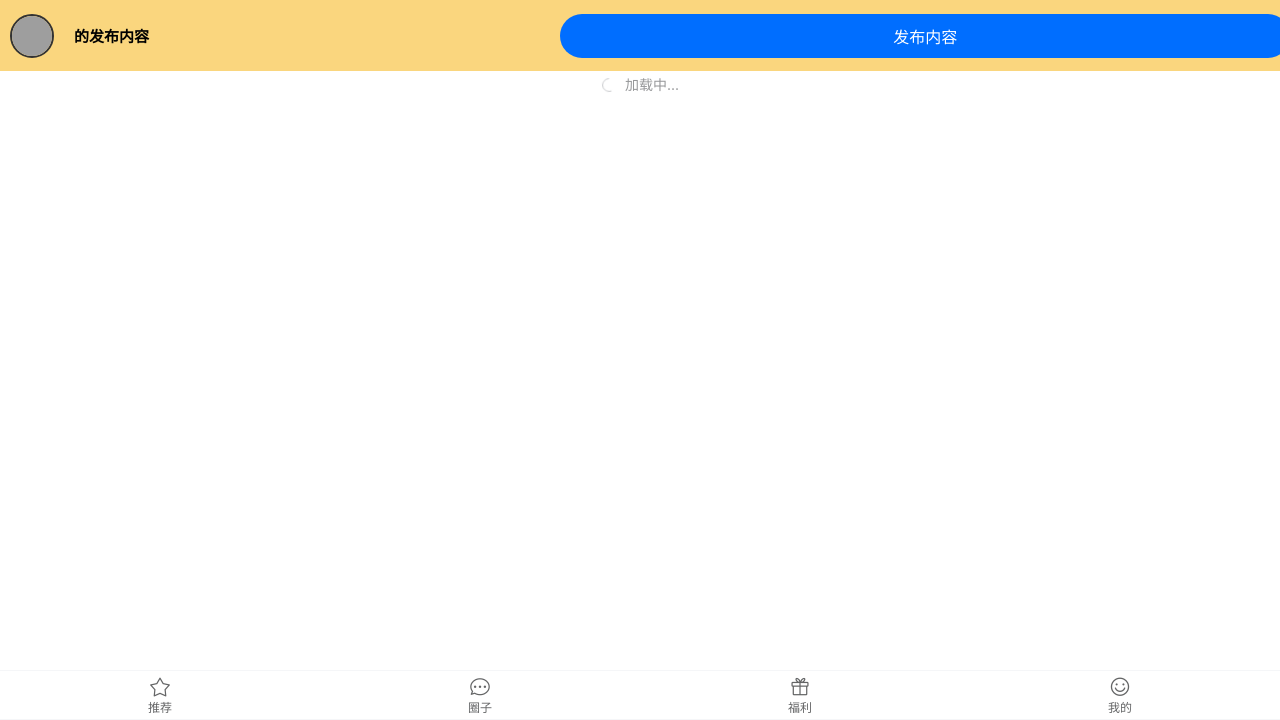
Repository: pbw-langwang/dm
Page: /#/fabu (app in dm_vue/)
These files come from the project's save history. The page is drawn as it stood at one moment and after the next save; the edit follows.
The browser window is 1280 px wide. The pictures show the whole page.
The page's requests for data from a server got no answer. The project was rebuilt for these pictures with package versions that can differ from the ones it lists, and the page was loaded fresh each time. No one was signed in, and anything a server would have sent is missing. Also part of the build but not shown: dm_vue/src/components/HelloWorld.vue, dm_vue/src/components/video.vue, dm_vue/src/components/setting.vue, dm_vue/src/components/gift.vue, dm_vue/src/components/Regist.vue, dm_vue/src/components/history.vue, dm_vue/src/components/Search.vue, dm_vue/src/components/SearchList.vue and 2 more.

Above is the page before, as saved 2021-06-22 16:06:07.

### dm_vue/index.html
<!DOCTYPE html>
<html>
  <head>
    <meta charset="utf-8">
    <meta name="viewport" content="width=device-width,initial-scale=1.0">
    <title>toutiao</title>
  </head>
  <body>
    <div id="app"></div>
    <!-- built files will be auto injected -->
  </body>
</html>

### dm_vue/src/main.js
// The Vue build version to load with the `import` command
// (runtime-only or standalone) has been set in webpack.base.conf with an alias.
import Vue from 'vue'
import App from './App'
import router from './router'
import Vant from 'vant'
import 'vant/lib/index.css'
import axios from 'axios'
import VueAxios from 'vue-axios'

Vue.use(VueAxios, axios)
Vue.use(Vant);

axios.defaults.baseURL = 'http://localhost:8080/dm/';
axios.defaults.withCredentials = true;

Vue.config.productionTip = false

Vue.filter("dateFormat", function (dateStr, pattern = "") {
    var dt = new Date(dateStr);
    var y = dt.getFullYear();
    var m = dt.getMonth() + 1;
    var d = dt.getDate();
    if (pattern.toLowerCase() == "yyyy-mm-dd") {
        return `${y}年${m}月${d}日`
    } else {
        var hh = dt.getHours();
        var mm = dt.getMinutes();
        var ss = dt.getSeconds();
        return `${y}年${m}月${d}日 ${hh}:${mm}:${ss}`
    }
})

/* eslint-disable no-new */
new Vue({
    el: '#app',
    router,
    components: { App },
    template: '<App/>'
})

### dm_vue/src/App.vue
<template>
  <div id="app">
    <router-view />

    <van-tabbar v-model="active" route>
      <van-tabbar-item name="home" to="/" icon="star-o">推荐</van-tabbar-item>
      <van-tabbar-item name="search" to="/video" icon="chat-o"
        >圈子</van-tabbar-item
      >
      <van-tabbar-item name="search" to="/gift" icon="point-gift-o"
        >福利</van-tabbar-item
      >
      <van-tabbar-item name="setting" to="/setting" icon="smile-o"
        >我的</van-tabbar-item
      >
    </van-tabbar>
  </div>
</template>

<script>
export default {
  name: "App",
  data() {
    return {
      active: "home",
    };
  },
};
</script>

### dm_vue/src/router/index.js
import Vue from 'vue'
import Router from 'vue-router'
import HelloWorld from '@/components/HelloWorld'
import video from '@/components/video'
import setting from '@/components/setting'
import Gift from '@/components/gift'
import Regist from '@/components/Regist'
import History from "@/components/History"
import Search from "@/components/Search"
import SearchList from "@/components/SearchList"
import Postdetail from "@/components/Postdetail"
import Authord from "@/components/Authord"
import fabu from "@/components/fabu"

Vue.use(Router)

export default new Router({
    routes: [{
            path: '/',
            name: 'HelloWorld',
            component: HelloWorld
        },
        {
            path: '/video',
            name: 'Video',
            component: video
        },
        {
            path: '/setting',
            name: 'setting',
            component: setting
        },
        {
            path: "/gift",
            name: "gift",
            component: Gift
        },
        {
            path: "/Regist",
            name: "Regist",
            component: Regist
        }, {
            path: "/History",
            name: "History",
            component: History
        }, {
            path: "/Search",
            name: "Search",
            component: Search
        }, {
            path: "/SearchList/:value",
            name: "SearchList",
            component: SearchList
        }, {
            path: "/Postdetail/:value",
            name: "Postdetail",
            component: Postdetail
        },
        {
            path: "/Authord/:value",
            name: "Authord",
            component: Authord
        },
        {
            path: "/fabu",
            name: "fabu",
            component: fabu
        }
    ]
})

### dm_vue/src/components/fabu.vue
<template>
  <div>
    <div class="top">
      <img :src="picIp+userimg" />
      <p class="name">{{username}} 的发布内容</p>
      <p>发布内容</p>
    </div>

    <van-pull-refresh v-model="refreshing" @refreshing="onRefresh">
      <van-list
        v-model="loading"
        :finished="finished"
        finished-text="没有更多"
        @load="onLoad"
      >
        <van-cell v-for="item in list" :key="item.postid">
          <div class="contentList" @click="gotopostdetail(item.postid)">
            <p style="margin: 5px 0">{{item.postcontent}}</p>
            <img style="width: 80%" :src="picIp+item.postimg"/>
          </div>
        </van-cell>
      </van-list>
    </van-pull-refresh>
  </div>
</template>

<script>
export default {
    name:"fabu",
    data(){
        return {
            picIp:"http://localhost:8080/pic/",
            pageIndex:1,
            list:[],
            userimg:localStorage.getItem("userImg"),
            username:localStorage.getItem("username"),
            loading:false,
            finished:false,
            refreshing:false,
        }
    },
    mounted(){

    },
    methods:{
        gotopostdetail(postId){
          this.$router.push("Postdetail/"+postId);
        },

        onLoad(){
          if(this.refreshing){
            this.list=[];
            this.refreshing=false;
          }
          this.axios.get("userpost/getByid?current="+this.pageIndex+"&size=3&username="+localStorage.getItem("username")).then((response)=>{
            this.list=this.list.concat(response.data.records);
            this.loading=false;
            if(this.pageIndex>=response.data.pages){
                this.finished=true;
            }
            this.pageIndex++;
          })
        },
        onRefresh(){
            this.finished=false;
            this.pageIndex=1;
            this.loading=true;
            this.onLoad();
        },
    }
}
</script>

<style scoped>
.top{
  width: 100%;
  display: flex;
  align-items: center;
  padding: 10px;
  position: fixed;
  top: 0;
  background-color: rgb(250,214,126);
}
.top img{
  width: 40px;
  height: 40px;
  border-radius: 50%;
  border: #333 solid 2px;
}
.top .name{
  flex: 2;
  padding-left: 20px;
  font-size: 15px;
  font-weight: 700;
}
.top p:nth-child(3){
  flex: 3;
  display: inline-block;
  background-color: rgb(0, 110, 255);
  color: white;
  text-align: center;
  margin: 0;
  padding: 10px 0;
  border-radius: 25px;
}


.van-pull-refresh{
  margin-top: 60px;
}

.contentList{
  margin-bottom: 30px;
  border-bottom: #999 solid 5px;
}
</style>

After the next save:
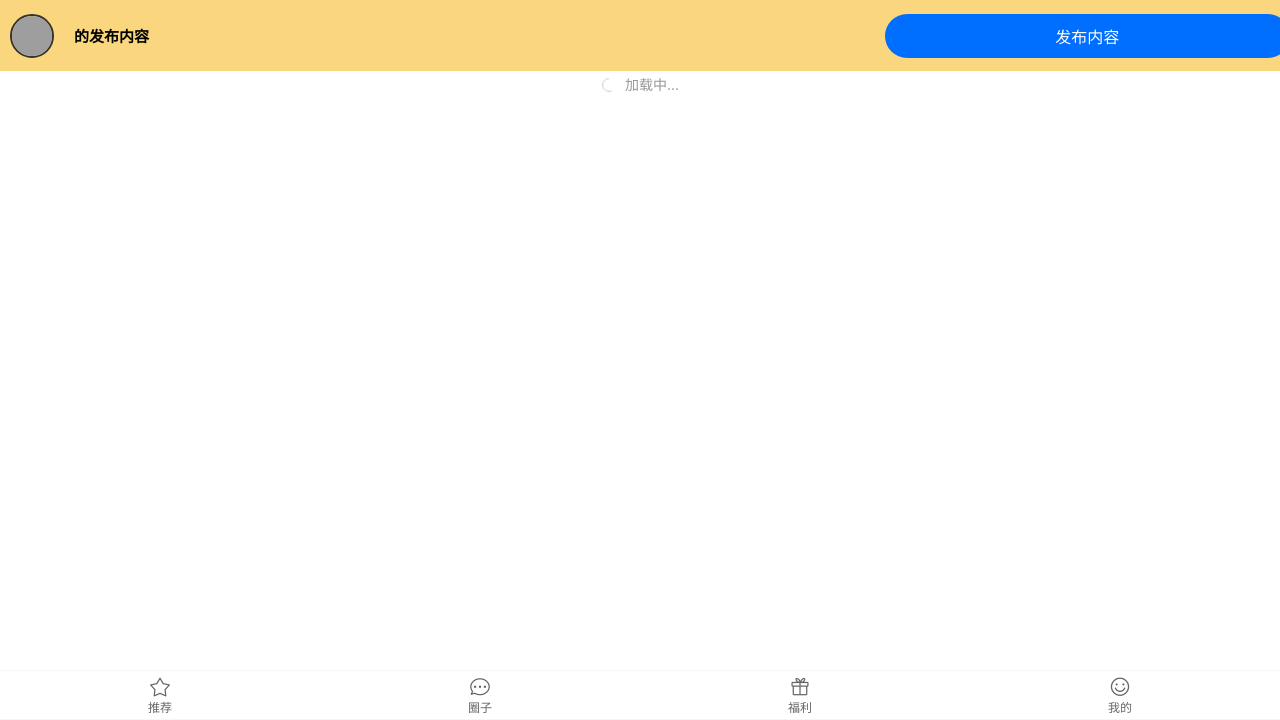
Saved 6 s later.
--- a/dm_vue/src/components/fabu.vue
+++ b/dm_vue/src/components/fabu.vue
@@ -94,7 +94,7 @@ export default {
   font-weight: 700;
 }
 .top p:nth-child(3){
-  flex: 3;
+  flex: 1;
   display: inline-block;
   background-color: rgb(0, 110, 255);
   color: white;
